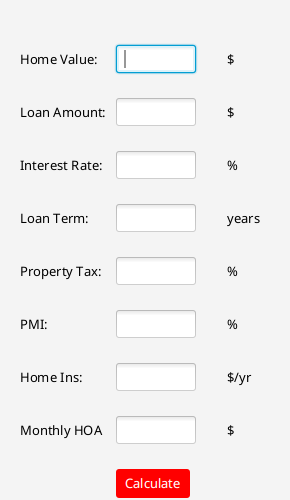
Repository: jpayne2310/Intro_to_Java
Program's window: java FinalProject/src/application/Main.java
An editor plug-in stored every save of this project. The program's window is shown before and after the next save, followed by the edit.
It runs on Java 21 on a 1366 x 768 screen with JavaFX 11; the title bar is not drawn.

Above is the program's window before, as saved 2017-05-18 15:43:25.

After the next save:
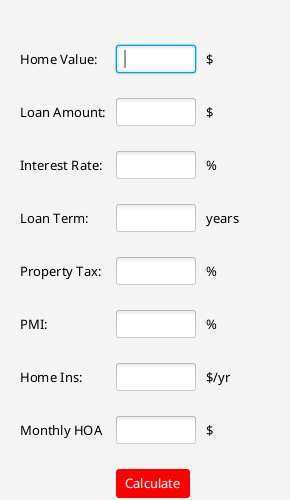
Saved 74 s later.
--- a/FinalProject/src/application/Main.java
+++ b/FinalProject/src/application/Main.java
@@ -25,9 +25,6 @@
 
 	@Override
 	public void start(Stage primaryStage) {
-
-		Button button1 = new Button("Go to scene 2");
-		button1.setOnAction(e -> primaryStage.setScene(scene2));
 
 		Button button2 = new Button("Go to scene 1");
 		button2.setOnAction(e -> primaryStage.setScene(scene1));
@@ -90,7 +87,6 @@
 			grid.add(monthlyHOA, 1, 8);
 			grid.add(new Text("$"), 2, 8);
 			grid.add(btnCalculate, 1, 9);
-			grid.add(button1, 1, 10);
 
 			btnCalculate.setOnAction(new EventHandler<ActionEvent>() {
 
